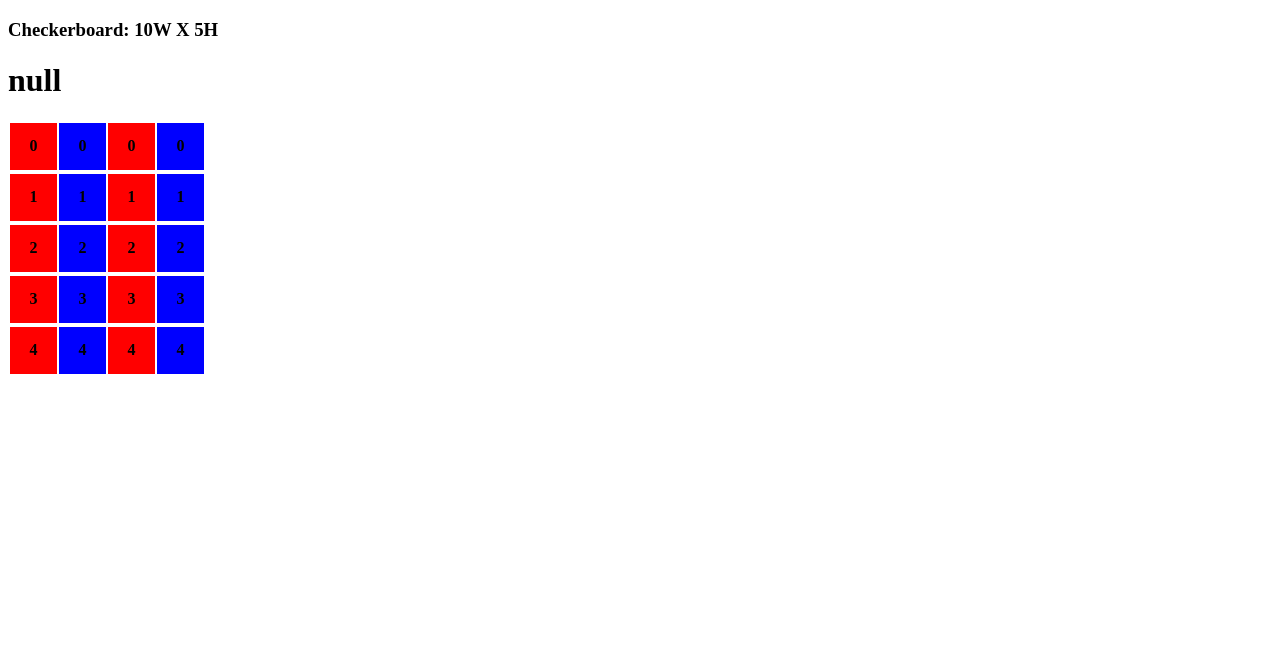
Repository: ben-mandakh/Java-Projects
Page: http://localhost/CheckerBoard/CheckerBoard.jsp
The author's editor kept a copy of each file at every save. The page is drawn from the files as they stood at one save, then again after the next save.
The browser window is 1280 px wide. The pictures show the whole page.
The page is served by Tomcat 9.

Above is the page before, as saved 2019-08-09 02:40:36.

After the next save:
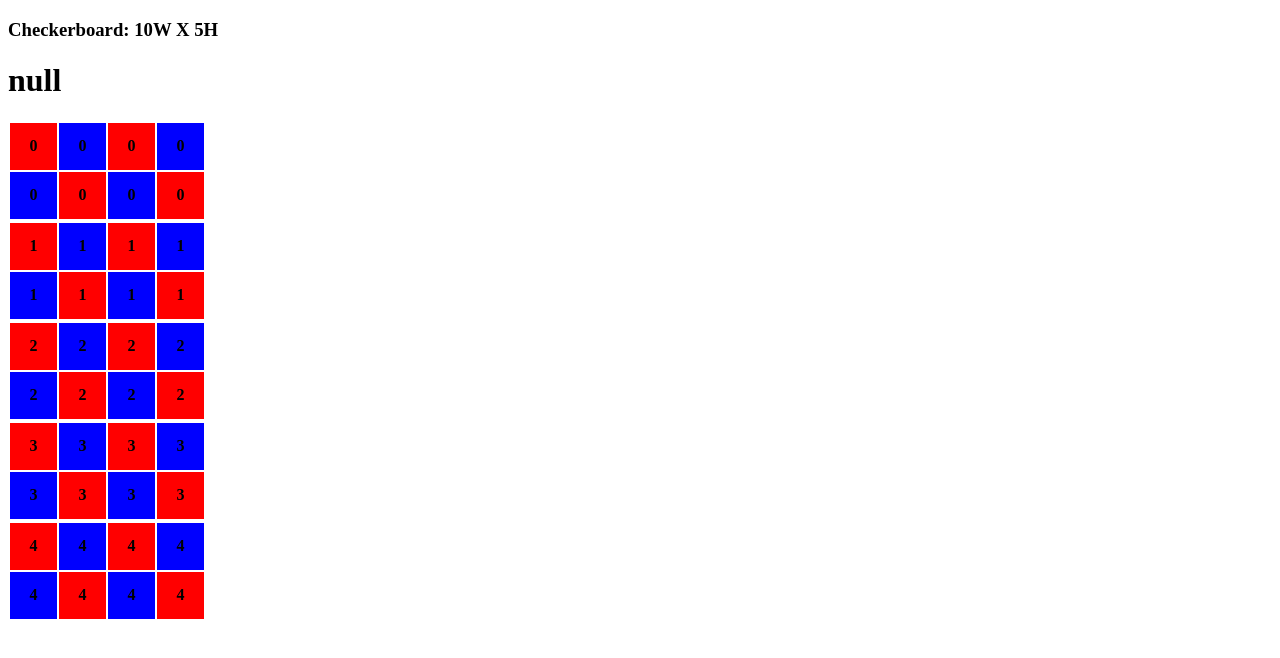
Saved 59 s later.
--- a/CheckerBoard/WebContent/CheckerBoard.jsp
+++ b/CheckerBoard/WebContent/CheckerBoard.jsp
@@ -24,6 +24,13 @@
 			<th style="width:45px; height:45px; background-color: red"> <%= i %></th>
 			<th style="width:45px; height:45px; background-color: blue"> <%= i %></th>
 		</tr>
+		<tr>
+
+			<th style="width:45px; height:45px; background-color: blue"> <%= i %></th>
+			<th style="width:45px; height:45px; background-color: red"> <%= i %></th>
+			<th style="width:45px; height:45px; background-color: blue"> <%= i %></th>
+			<th style="width:45px; height:45px; background-color: red"> <%= i %></th>
+		</tr>
 	</table>
 
 
